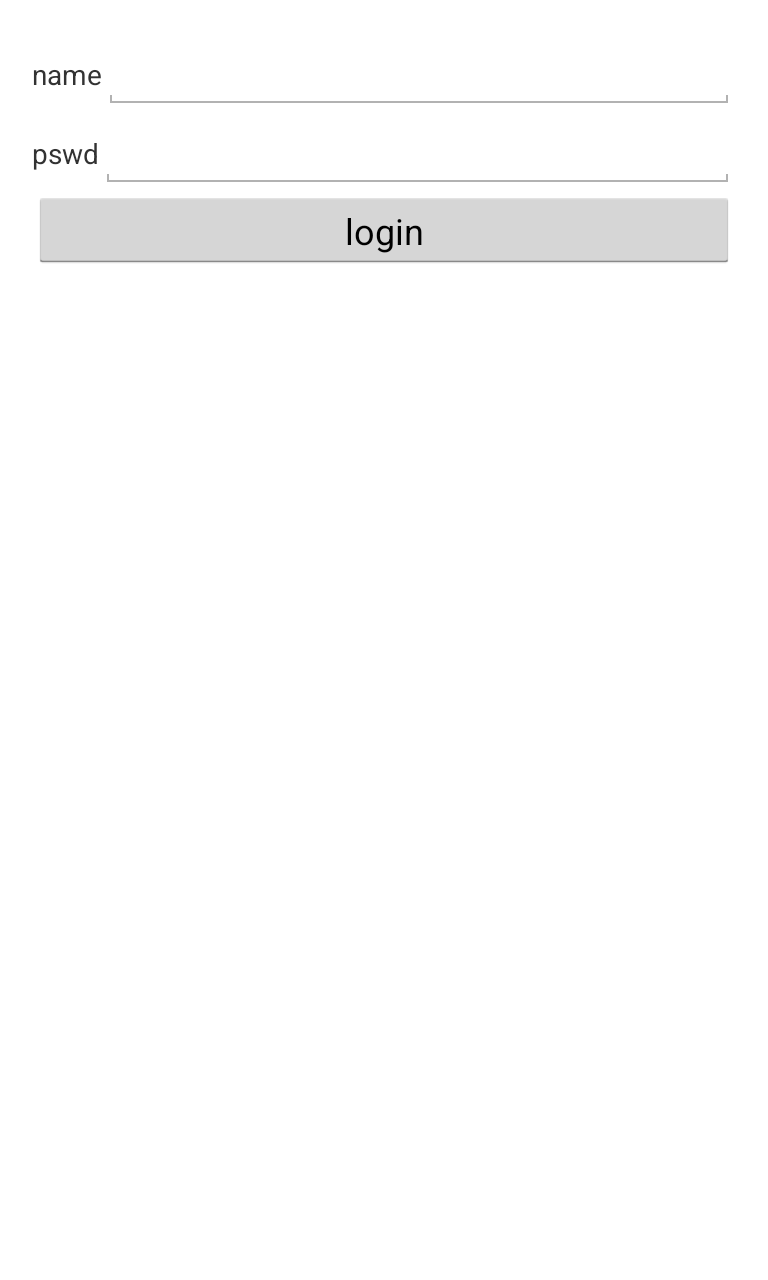
Repository: KnightFreedom/cookcook
Layout: client/CookCook/res/layout/activity_main.xml
These files come from the project's save history. The layout is drawn as it stood at one moment and after a run of saves; the edit follows.
It is drawn on a 768 x 1280 px phone screen (xhdpi) without system bars, with theme AppTheme; the app's code is not run.

Above is the layout before, as saved 2017-05-09 11:42:47.

### client/CookCook/res/layout/activity_main.xml
<RelativeLayout xmlns:android="http://schemas.android.com/apk/res/android"
    xmlns:tools="http://schemas.android.com/tools"
    android:layout_width="match_parent"
    android:layout_height="match_parent"
    android:paddingBottom="@dimen/activity_vertical_margin"
    android:paddingLeft="@dimen/activity_horizontal_margin"
    android:paddingRight="@dimen/activity_horizontal_margin"
    android:paddingTop="@dimen/activity_vertical_margin"
    tools:context=".MainActivity" >


    <LinearLayout
        android:layout_width="match_parent"
        android:layout_height="wrap_content"
        android:orientation = "vertical">

	    <LinearLayout android:layout_width = "match_parent"
	        android:layout_height = "match_parent"
	        android:orientation = "horizontal">

	    <TextView
	        android:layout_width="wrap_content"
	        android:layout_height="wrap_content"
	        android:text="@string/usrName" />

	    <EditText
	        android:layout_width= "match_parent"
	        android:layout_height = "wrap_content"
	        android:maxLength="10"
	        />

	    </LinearLayout>

	    <!-- comment -->
	    <LinearLayout
	        android:layout_width = "match_parent"
	        android:layout_height = "match_parent"
	        android:orientation = "horizontal">

	    <TextView
	        android:layout_width="wrap_content"
	        android:layout_height="wrap_content"
	        android:text="@string/pswd" />

	    <EditText
	        android:layout_width= "match_parent"
	        android:layout_height = "wrap_content"
	        android:maxWidth = "60dp"
	        />

	    </LinearLayout>

	    <LinearLayout
	        android:layout_width = "match_parent"
	        android:layout_height = "match_parent"
	        android:orientation = "horizontal"
	        >
	    <Button
	        android:layout_width = "match_parent"
	        android:layout_height = "40dp"
	        android:text="@string/login"
	        />

	    <Button
	        android:layout_width = "match_parent"
	        android:layout_height = "40dp"
	        android:text="@string/signup"
	        />

	    </LinearLayout>

    </LinearLayout>


</RelativeLayout>

### client/CookCook/res/values/strings.xml
<?xml version="1.0" encoding="utf-8"?>
<resources>

    <string name="app_name">CookCook</string>
    <string name="action_settings">Settings</string>
    <string name="hello_world">Hello world!</string>
    <string name="usrName">name</string>
    <string name="pswd">pswd</string>
    <string name="login">login</string>
    <string name="signup">signup</string>

</resources>

Loaded but not shown: client/CookCook/res/values/styles.xml (common file); client/CookCook/res/values-v11/styles.xml (common file); client/CookCook/res/values-v14/styles.xml (common file); client/CookCook/res/values/dimens.xml (common file)

After the next 2 saves:
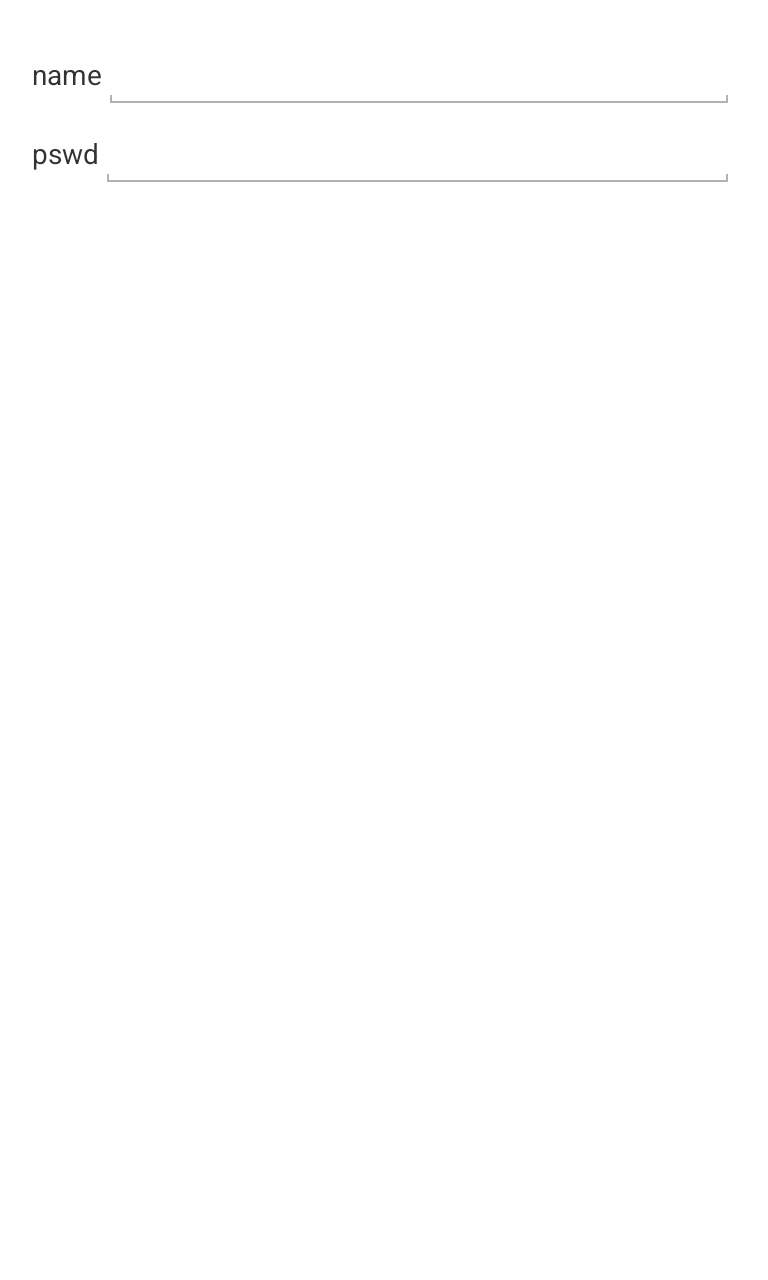
The 2 saves are shown as one change because 1 did not build or start.
The last was saved 21 s later.
--- a/client/CookCook/res/layout/activity_main.xml
+++ b/client/CookCook/res/layout/activity_main.xml
@@ -56,13 +56,13 @@
 	        android:orientation = "horizontal"
 	        >
 	    <Button
-	        android:layout_width = "match_parent"
+	        android:layout_width = "match_parent/2"
 	        android:layout_height = "40dp"
 	        android:text="@string/login"
 	        />
 
 	    <Button
-	        android:layout_width = "match_parent"
+	        android:layout_width = "match_parent/2"
 	        android:layout_height = "40dp"
 	        android:text="@string/signup"
 	        />

After the 2 saves that followed:
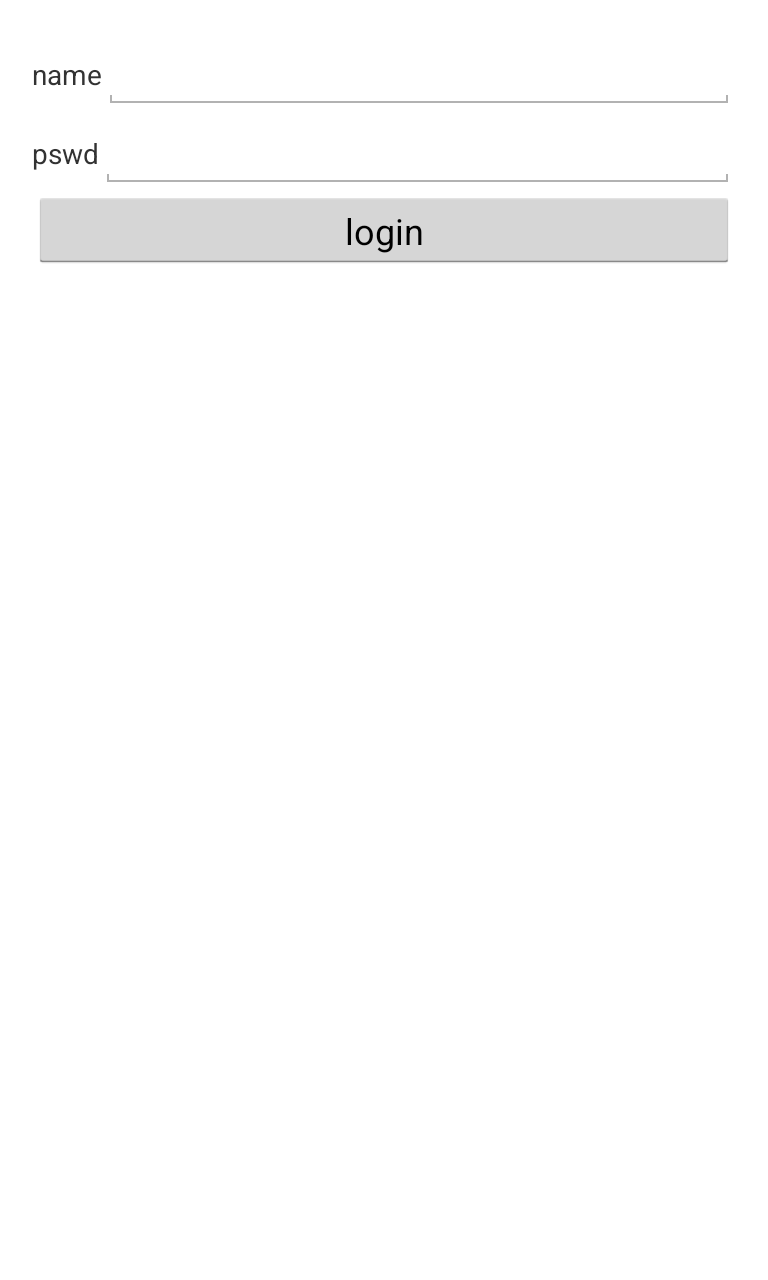
The 2 saves are shown as one change because they came seconds apart.
The last was saved 10 s later.
--- a/client/CookCook/res/layout/activity_main.xml
+++ b/client/CookCook/res/layout/activity_main.xml
@@ -56,13 +56,13 @@
 	        android:orientation = "horizontal"
 	        >
 	    <Button
-	        android:layout_width = "match_parent/2"
+	        android:layout_width = "match_parent"
 	        android:layout_height = "40dp"
 	        android:text="@string/login"
 	        />
 
 	    <Button
-	        android:layout_width = "match_parent/2"
+	        android:layout_width = "match_parent"
 	        android:layout_height = "40dp"
 	        android:text="@string/signup"
 	        />
